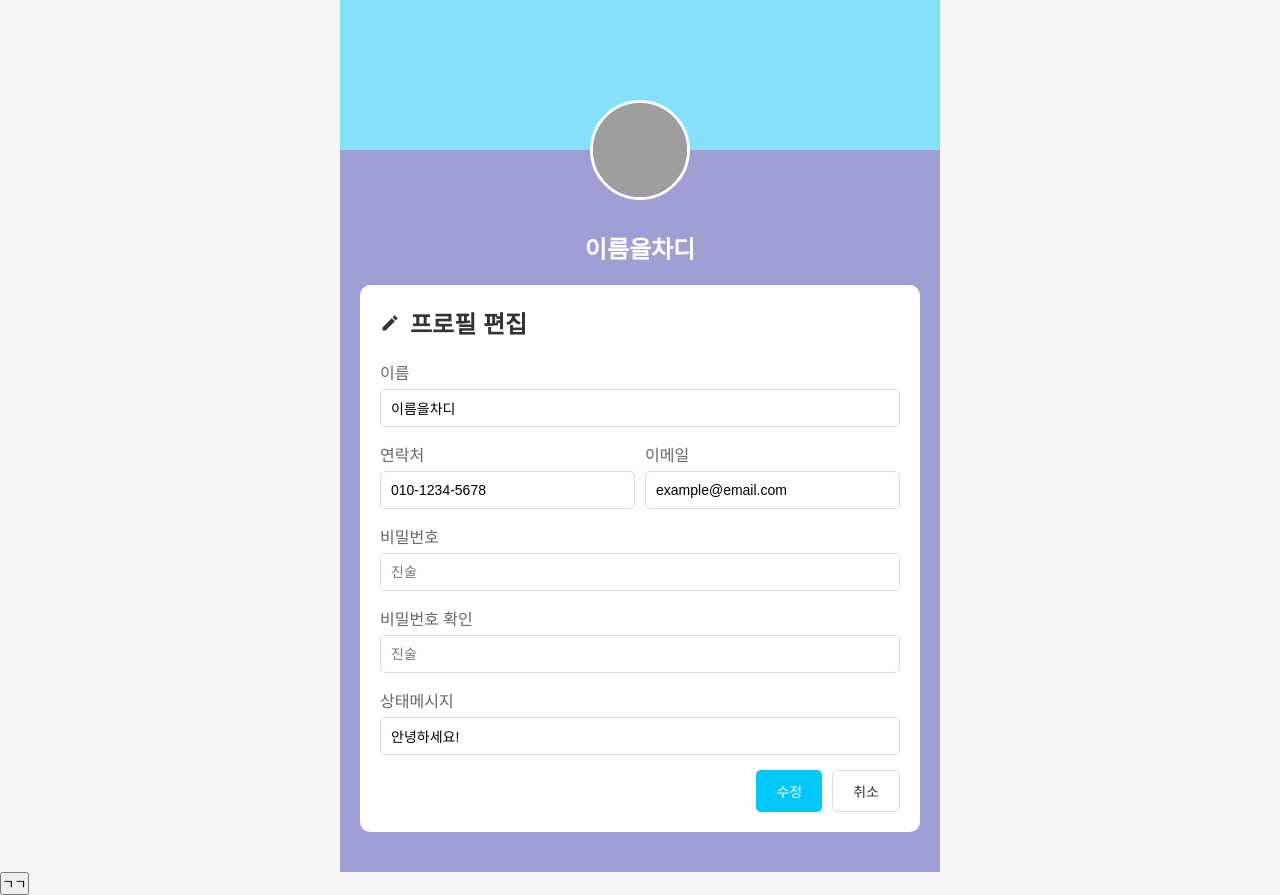
Repository: 1400CP/99_spring-test
Page: http://localhost/Test/
The author's editor kept a copy of each file at every save. The page is drawn from the files as they stood at one save, then again after the next save.
The browser window is 1280 px wide. The pictures show the whole page.
Pictures or frames that could not be fetched are drawn as grey boxes. The page is served by Tomcat 9. Other server files are loaded and not shown.

Above is the page before, as saved 2025-04-21 08:26:27.
Console error: SyntaxError: missing ) after argument list

### Test/src/main/webapp/index.jsp
<%@ page language="java" contentType="text/html; charset=UTF-8"
    pageEncoding="UTF-8"%>
<!DOCTYPE html>
<html>
<head>
<meta charset="UTF-8">
<title>Insert title here</title>
</head>
<body>
	<jsp:include page="final_detail_profile(edit).jsp" />

	<form action="earth.bo">
		<button type=submit>ㄱㄱ</button>
	</form>
	<script>
	$.ajax
		(
		url:earth.bo,
		success:function(result){
			console.log("result")
		},
		error:function(){
			console.log("ajax실패")
		}
		)

	</script>

</body>
</html>

### Test/src/main/webapp/final_detail_profile(edit).jsp
<%@ page language="java" contentType="text/html; charset=UTF-8"
    pageEncoding="UTF-8"%>
<!DOCTYPE html>
<html lang="ko">
<head>
    <meta charset="UTF-8">
    <meta name="viewport" content="width=device-width, initial-scale=1.0">
    <title>프로필 편집</title>
    <style>
        * {
            margin: 0;
            padding: 0;
            box-sizing: border-box;
            font-family: 'Noto Sans KR', sans-serif;
        }

        body {
            background-color: #f5f5f5;
        }

        .container {
            max-width: 600px;
            margin: 0 auto;
            overflow: hidden;
        }

        .profile-header {
            background-color: #86e0f9;
            height: 150px;
            position: relative;
        }

        .profile-content {
            background-color: #9f9fd6;
            padding: 70px 20px 20px;
        }

        .profile-image {
            width: 100px;
            height: 100px;
            border-radius: 50%;
            position: absolute;
            left: 50%;
            top: 100px;
            transform: translateX(-50%);
            border: 3px solid white;
            overflow: hidden;
        }

        .profile-image img {
            width: 100%;
            height: 100%;
            object-fit: cover;
        }

        .profile-name {
            text-align: center;
            color: white;
            font-size: 24px;
            margin-top: 10px;
            margin-bottom: 20px;
        }

        .edit-form {
            background-color: white;
            border-radius: 10px;
            padding: 20px;
            margin-bottom: 20px;
        }

        .form-title {
            display: flex;
            align-items: center;
            margin-bottom: 20px;
            color: #333;
        }

        .form-title svg {
            margin-right: 10px;
        }

        .form-group {
            margin-bottom: 15px;
        }

        .form-group label {
            display: block;
            margin-bottom: 5px;
            color: #666;
        }

        .form-control {
            width: 100%;
            padding: 10px;
            border: 1px solid #ddd;
            border-radius: 5px;
            font-size: 14px;
        }

        .form-row {
            display: flex;
            gap: 10px;
        }

        .form-row .form-group {
            flex: 1;
        }

        .button-group {
            display: flex;
            gap: 10px;
            justify-content: flex-end;
        }

        .btn {
            padding: 10px 20px;
            border: none;
            border-radius: 5px;
            cursor: pointer;
            font-size: 14px;
        }

        .btn-primary {
            background-color: #02c8fa;
            color: white;
        }

        .btn-cancel {
            background-color: white;
            color: #333;
            border: 1px solid #ddd;
        }
    </style>
</head>
<body>
    <div class="container">
        <div class="profile-header"></div>
        <div class="profile-content">
            <div class="profile-image">
                <img src="/api/placeholder/100/100" alt="프로필 이미지">
            </div>
            <h1 class="profile-name">이름을차디</h1>

            <div class="edit-form">
                <div class="form-title">
                    <svg width="20" height="20" viewBox="0 0 24 24" fill="none" xmlns="http://www.w3.org/2000/svg">
                        <path d="M3 17.25V21h3.75L17.81 9.94l-3.75-3.75L3 17.25zM20.71 7.04c.39-.39.39-1.02 0-1.41l-2.34-2.34c-.39-.39-1.02-.39-1.41 0l-1.83 1.83 3.75 3.75 1.83-1.83z" fill="#333"/>
                    </svg>
                    <h2>프로필 편집</h2>
                </div>

                <div class="form-group">
                    <label>이름</label>
                    <input type="text" class="form-control" placeholder="진술" id="name">
                </div>

                <div class="form-row">
                    <div class="form-group">
                        <label>연락처</label>
                        <input type="text" class="form-control" placeholder="진술" id="contact">
                    </div>
                    <div class="form-group">
                        <label>이메일</label>
                        <input type="email" class="form-control" placeholder="진술" id="email">
                    </div>
                </div>

                <div class="form-group">
                    <label>비밀번호</label>
                    <input type="password" class="form-control" placeholder="진술" id="password">
                </div>

                <div class="form-group">
                    <label>비밀번호 확인</label>
                    <input type="password" class="form-control" placeholder="진술" id="passwordConfirm">
                </div>

                <div class="form-group">
                    <label>상태메시지</label>
                    <input type="text" class="form-control" placeholder="진술" id="status">
                </div>

                <div class="button-group">
                    <button type="button" class="btn btn-primary" id="saveBtn">수정</button>
                    <button type="button" class="btn btn-cancel" id="cancelBtn">취소</button>
                </div>
            </div>
        </div>
    </div>

    <script>
        document.addEventListener('DOMContentLoaded', function() {
            // DOM 요소 가져오기
            const saveBtn = document.getElementById('saveBtn');
            const cancelBtn = document.getElementById('cancelBtn');
            const nameInput = document.getElementById('name');
            const contactInput = document.getElementById('contact');
            const emailInput = document.getElementById('email');
            const passwordInput = document.getElementById('password');
            const passwordConfirmInput = document.getElementById('passwordConfirm');
            const statusInput = document.getElementById('status');

            // 프로필 데이터 로드 (예시)
            function loadProfileData() {
                // 실제 구현에서는 AJAX 요청을 통해 서버에서 데이터를 가져옵니다.
                const userData = {
                    name: '이름을차디',
                    contact: '010-1234-5678',
                    email: 'example@email.com',
                    status: '안녕하세요!'
                };

                // 폼에 데이터 설정
                nameInput.value = userData.name;
                contactInput.value = userData.contact;
                emailInput.value = userData.email;
                statusInput.value = userData.status;
            }

            // 초기 데이터 로드
            loadProfileData();

            // 저장 버튼 클릭 이벤트
            saveBtn.addEventListener('click', function() {
                if (validateForm()) {
                    saveProfileData();
                }
            });

            // 취소 버튼 클릭 이벤트
            cancelBtn.addEventListener('click', function() {
                if (confirm('변경사항을 취소하시겠습니까?')) {
                    window.history.back();
                }
            });

            // 폼 유효성 검사
            function validateForm() {
                // 이름 검사
                if (nameInput.value.trim() === '') {
                    alert('이름을 입력해주세요.');
                    nameInput.focus();
                    return false;
                }

                // 이메일 형식 검사
                const emailRegex = /^[^\s@]+@[^\s@]+\.[^\s@]+$/;
                if (emailInput.value.trim() !== '' && !emailRegex.test(emailInput.value)) {
                    alert('유효한 이메일 주소를 입력해주세요.');
                    emailInput.focus();
                    return false;
                }

                // 비밀번호 일치 검사
                if (passwordInput.value !== '' && passwordInput.value !== passwordConfirmInput.value) {
                    alert('비밀번호와 비밀번호 확인이 일치하지 않습니다.');
                    passwordConfirmInput.focus();
                    return false;
                }

                return true;
            }

            // 프로필 데이터 저장
            function saveProfileData() {
                // 저장할 데이터 객체 생성
                const profileData = {
                    name: nameInput.value.trim(),
                    contact: contactInput.value.trim(),
                    email: emailInput.value.trim(),
                    password: passwordInput.value,
                    status: statusInput.value.trim()
                };

                // 실제 구현에서는 AJAX를 사용하여 서버에 데이터를 전송합니다.
                console.log('저장할 프로필 데이터:', profileData);

                // 성공적으로 저장되었다고 가정
                alert('프로필이 성공적으로 수정되었습니다.');

                // 프로필 페이지로 이동 (JSP 환경에 따라 경로 조정 필요)
                // window.location.href = 'profile.jsp';
            }
        });
    </script>
</body>
</html>

### Test/src/main/webapp/final_calendar2_1(edit).jsp
<%@ page language="java" contentType="text/html; charset=UTF-8" pageEncoding="UTF-8"%>
<%@ page import="java.util.Date, java.text.SimpleDateFormat, java.util.Calendar" %>
<%
    // 현재 날짜/시간 정보 가져오기
    Date now = new Date();
    SimpleDateFormat dateFormat = new SimpleDateFormat("yyyy.MM.dd");
    SimpleDateFormat dayFormat = new SimpleDateFormat("E요일");

    String today = dateFormat.format(now);
    String dayOfWeek = dayFormat.format(now);

    // 현재 시간 정보
    Calendar cal = Calendar.getInstance();
    int hour = cal.get(Calendar.HOUR_OF_DAY);
    int minute = cal.get(Calendar.MINUTE);

    // 시간 반올림 (10분 단위)
    minute = (minute / 10) * 10;

    String ampm = hour < 12 ? "오전" : "오후";
    int displayHour = hour % 12;
    if (displayHour == 0) displayHour = 12;

    String currentTime = String.format("%s %d:%02d", ampm, displayHour, minute);

    // 종료 시간은 1시간 후로 설정
    cal.add(Calendar.HOUR_OF_DAY, 1);
    hour = cal.get(Calendar.HOUR_OF_DAY);
    minute = cal.get(Calendar.MINUTE);

    ampm = hour < 12 ? "오전" : "오후";
    displayHour = hour % 12;
    if (displayHour == 0) displayHour = 12;

    String endTime = String.format("%s %d:%02d", ampm, displayHour, minute);
%>
<!DOCTYPE html>
<html>
<head>
    <meta charset="UTF-8">
    <meta name="viewport" content="width=device-width, initial-scale=1.0">
    <title>일정 등록</title>
    <style>
        * {
            box-sizing: border-box;
            font-family: 'Arial', sans-serif;
        }
        body {
            margin: 0;
            padding: 0;
            background-color: #f5f5f5;
        }
        .container {
            max-width: 768px;
            margin: 0 auto;
            background-color: white;
            min-height: 100vh;
        }
        .header {
            display: flex;
            align-items: center;
            justify-content: space-between;
            padding: 15px;
            border-bottom: 1px solid #e0e0e0;
        }
        .back-button {
            display: flex;
            align-items: center;
            font-size: 16px;
            background: none;
            border: none;
            cursor: pointer;
        }
        .back-button span {
            margin-left: 5px;
        }
        .title {
            font-size: 18px;
            font-weight: bold;
        }
        .save-button {
            background-color: #f7f7f7;
            border: none;
            padding: 8px 15px;
            border-radius: 5px;
            cursor: pointer;
        }
        .form-content {
            padding: 20px;
        }
        .form-group {
            margin-bottom: 20px;
        }
        .color-select {
            display: flex;
            align-items: center;
            margin-bottom: 20px;
        }
        .color-circle {
            width: 24px;
            height: 24px;
            background-color: #5e72e4;
            border-radius: 50%;
            margin-right: 10px;
        }
        .input-title {
            width: 100%;
            padding: 10px;
            border: none;
            font-size: 16px;
            outline: none;
            border-bottom: 1px solid #e0e0e0;
        }
        .date-time {
            display: flex;
            align-items: center;
            margin-bottom: 15px;
        }
        .date-time-icon {
            margin-right: 15px;
        }
        .date-time-inputs {
            flex: 1;
            display: flex;
            align-items: center;
            flex-wrap: wrap;
        }
        .date-input {
            padding: 8px;
            border: 1px solid #e0e0e0;
            border-radius: 5px;
            width: 170px;
            margin-right: 5px;
        }
        .time-wrapper {
            display: flex;
            align-items: center;
        }
        .ampm-select {
            padding: 8px;
            border: 1px solid #e0e0e0;
            border-radius: 5px;
            margin-right: 5px;
        }
        .time-input {
            width: 70px;
            padding: 8px;
            border: 1px solid #e0e0e0;
            border-radius: 5px;
        }
        .separator {
            margin: 0 10px;
        }
        .all-day {
            display: flex;
            align-items: center;
            margin-left: 40px;
        }
        .all-day input {
            margin-right: 10px;
        }
        .description {
            position: relative;
        }
        .description textarea {
            width: 100%;
            height: 150px;
            padding: 10px;
            border: 1px solid #e0e0e0;
            border-radius: 5px;
            resize: none;
            outline: none;
        }
        .char-count {
            position: absolute;
            right: 10px;
            bottom: 10px;
            color: #999;
            font-size: 14px;
        }
        .hashtag-container {
            margin-top: 20px;
        }
        .hashtag-input {
            width: 100%;
            padding: 10px;
            border: 1px solid #e0e0e0;
            border-radius: 5px;
        }
        .hashtag-list {
            display: flex;
            flex-wrap: wrap;
            margin-top: 10px;
            gap: 8px;
        }
        .hashtag {
            background-color: #e0e0ff;
            color: #5e72e4;
            padding: 5px 10px;
            border-radius: 20px;
            font-size: 14px;
            display: flex;
            align-items: center;
        }
        .hashtag .remove {
            margin-left: 5px;
            cursor: pointer;
            font-size: 18px;
        }
        .footer {
            padding: 15px;
            display: flex;
            justify-content: flex-start;
            border-top: 1px solid #e0e0e0;
        }
        .visily-credit {
            color: #999;
            font-size: 12px;
        }
    </style>
</head>
<body>
    <div class="container">
        <div class="header">
            <button type="button" class="back-button" onclick="history.back()">
                ← <span>일정 등록</span>
            </button>
            <button type="submit" class="save-button" form="eventForm">저장</button>
        </div>

        <form id="eventForm" action="saveEvent.jsp" method="post">
            <div class="form-content">
                <div class="form-group">
                    <div class="color-select">
                        <div class="color-circle"></div>
                        <input type="text" class="input-title" placeholder="일정 제목" id="eventTitle" name="eventTitle" required>
                    </div>
                </div>

                <div class="form-group">
                    <div class="date-time">
                        <div class="date-time-icon">
                            <svg width="24" height="24" viewBox="0 0 24 24" fill="none" xmlns="http://www.w3.org/2000/svg">
                                <path d="M12 22C17.5228 22 22 17.5228 22 12C22 6.47715 17.5228 2 12 2C6.47715 2 2 6.47715 2 12C2 17.5228 6.47715 22 12 22Z" stroke="black" stroke-width="2"/>
                                <path d="M12 6V12L16 14" stroke="black" stroke-width="2" stroke-linecap="round"/>
                            </svg>
                        </div>
                        <div class="date-time-inputs">
                            <div style="display: flex; align-items: center; margin-bottom: 10px; width: 100%;">
                                <input type="text" class="date-input" id="startDate" name="startDate" value="<%= today %> <%= dayOfWeek %>" readonly>
                                <div class="time-wrapper">
                                    <select class="ampm-select" id="startAmPm" name="startAmPm">
                                        <option value="오전" <%= ampm.equals("오전") ? "selected" : "" %>>오전</option>
                                        <option value="오후" <%= ampm.equals("오후") ? "selected" : "" %>>오후</option>
                                    </select>
                                    <input type="text" class="time-input" id="startTime" name="startTime" value="<%= displayHour %>:<%= String.format("%02d", minute) %>">
                                </div>
                            </div>
                            <div style="width: 100%; display: flex; align-items: center;">
                                <span class="separator">~</span>
                            </div>
                            <div style="display: flex; align-items: center; margin-top: 10px; width: 100%;">
                                <input type="text" class="date-input" id="endDate" name="endDate" value="<%= today %> <%= dayOfWeek %>" readonly>
                                <div class="time-wrapper">
                                    <select class="ampm-select" id="endAmPm" name="endAmPm">
                                        <option value="오전" <%= ampm.equals("오전") ? "selected" : "" %>>오전</option>
                                        <option value="오후" <%= ampm.equals("오후") ? "selected" : "" %>>오후</option>
                                    </select>
                                    <input type="text" class="time-input" id="endTime" name="endTime" value="<%= displayHour %>:<%= String.format("%02d", minute) %>">
                                </div>
                            </div>
                        </div>
                    </div>
                    <div class="all-day">
                        <input type="checkbox" id="allDay" name="allDay">
                        <label for="allDay">하루 종일</label>
                    </div>
                </div>

                <div class="form-group">
                    <div class="description">
                        <textarea id="description" name="description" placeholder="설명 추가"></textarea>
                        <div class="char-count">0 / 2000</div>
                    </div>
                </div>

                <div class="hashtag-container">
                    <input type="text" class="hashtag-input" id="hashtagInput" placeholder="#태그 추가 (엔터키로 구분)">
                    <div class="hashtag-list" id="hashtagList"></div>
                    <input type="hidden" id="hashtagValues" name="hashtags" value="">
                </div>
            </div>
        </form>
    </div>

    <script>
        document.addEventListener('DOMContentLoaded', function() {
            // 문자 수 카운트 기능
            const descriptionTextarea = document.getElementById('description');
            const charCount = document.querySelector('.char-count');

            descriptionTextarea.addEventListener('input', function() {
                const currentLength = this.value.length;
                charCount.textContent = currentLength + ' / 2000';

                // 최대 글자수 제한
                if (currentLength > 2000) {
                    this.value = this.value.substring(0, 2000);
                    charCount.textContent = '2000 / 2000';
                }
            });

            // 하루 종일 체크박스 기능
            const allDayCheckbox = document.getElementById('allDay');
            const startAmPm = document.getElementById('startAmPm');
            const startTime = document.getElementById('startTime');
            const endAmPm = document.getElementById('endAmPm');
            const endTime = document.getElementById('endTime');

            allDayCheckbox.addEventListener('change', function() {
                if (this.checked) {
                    startAmPm.value = '오전';
                    startTime.value = '12:00';
                    endAmPm.value = '오후';
                    endTime.value = '11:59';
                    startAmPm.disabled = true;
                    startTime.disabled = true;
                    endAmPm.disabled = true;
                    endTime.disabled = true;
                } else {
                    startAmPm.disabled = false;
                    startTime.disabled = false;
                    endAmPm.disabled = false;
                    endTime.disabled = false;
                }
            });

            // 해시태그 기능
            const hashtagInput = document.getElementById('hashtagInput');
            const hashtagList = document.getElementById('hashtagList');
            const hashtagValues = document.getElementById('hashtagValues');
            let hashtags = [];

            // 해시태그 입력 처리
            hashtagInput.addEventListener('keypress', function(e) {
                if (e.key === 'Enter') {
                    e.preventDefault();

                    let tagText = this.value.trim();
                    if (!tagText) return;

                    // # 없으면 추가
                    if (!tagText.startsWith('#')) {
                        tagText = '#' + tagText;
                    }

                    // 중복 방지
                    if (!hashtags.includes(tagText)) {
                        addHashtag(tagText);
                        this.value = '';
                    } else {
                        alert('이미 추가된 태그입니다.');
                    }
                }
            });

            // 해시태그 추가 함수
            function addHashtag(tag) {
                hashtags.push(tag);

                const tagElement = document.createElement('div');
                tagElement.className = 'hashtag';
                tagElement.innerHTML = `
                    ${tag}
                    <span class="remove">&times;</span>
                `;

                const removeButton = tagElement.querySelector('.remove');
                removeButton.addEventListener('click', function() {
                    hashtagList.removeChild(tagElement);
                    hashtags = hashtags.filter(t => t !== tag);
                    updateHashtagValues();
                });

                hashtagList.appendChild(tagElement);
                updateHashtagValues();
            }

            // 해시태그 hidden input 업데이트
            function updateHashtagValues() {
                hashtagValues.value = hashtags.join(',');
            }

            // 폼 제출 전 유효성 검사
            document.getElementById('eventForm').addEventListener('submit', function(e) {
                const eventTitle = document.getElementById('eventTitle').value;
                if (!eventTitle.trim()) {
                    e.preventDefault();
                    alert('일정 제목을 입력해주세요.');
                    return;
                }

                // 여기에 더 많은 유효성 검사를 추가할 수 있습니다
            });
        });
    </script>
</body>
</html>

After the next save:
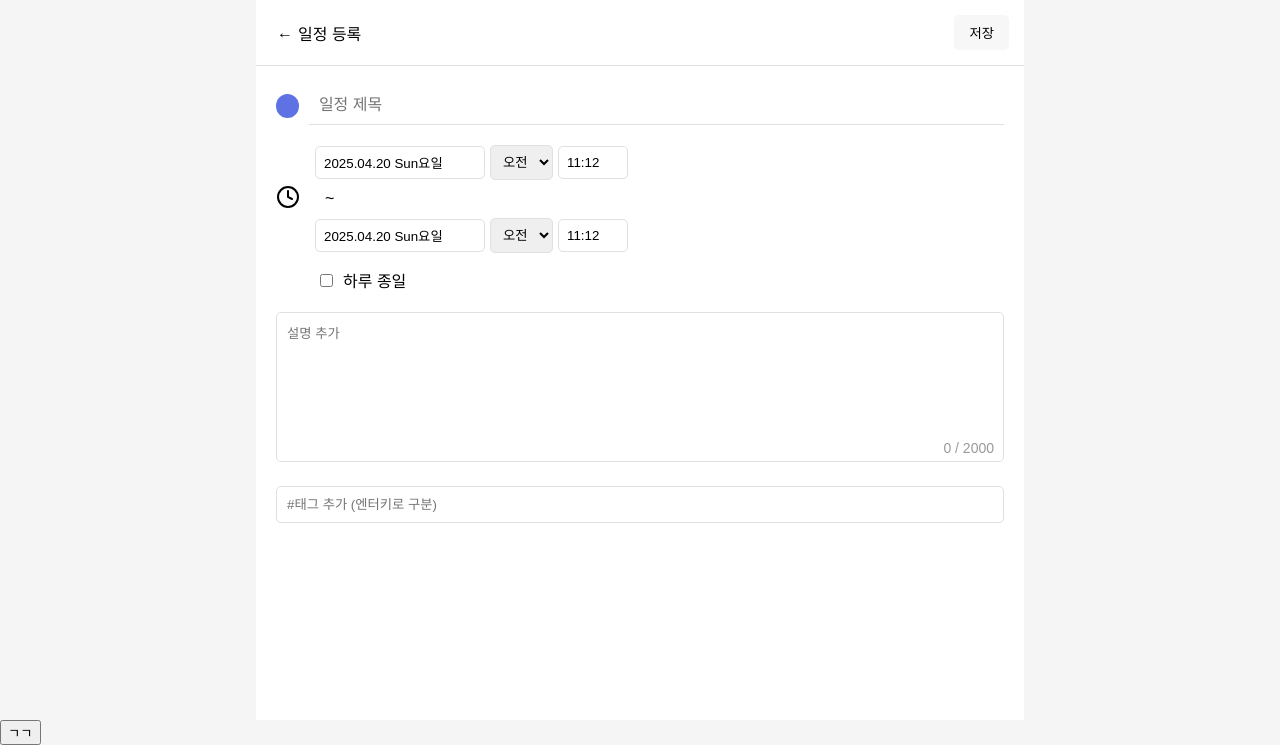
Saved 3 min 0 s later.
--- a/Test/src/main/webapp/index.jsp
+++ b/Test/src/main/webapp/index.jsp
@@ -7,7 +7,7 @@
 <title>Insert title here</title>
 </head>
 <body>
-	<jsp:include page="final_detail_profile(edit).jsp" />
+	<jsp:include page="final_calendar2_1(edit).jsp" />
 
 	<form action="earth.bo">
 		<button type=submit>ㄱㄱ</button>
